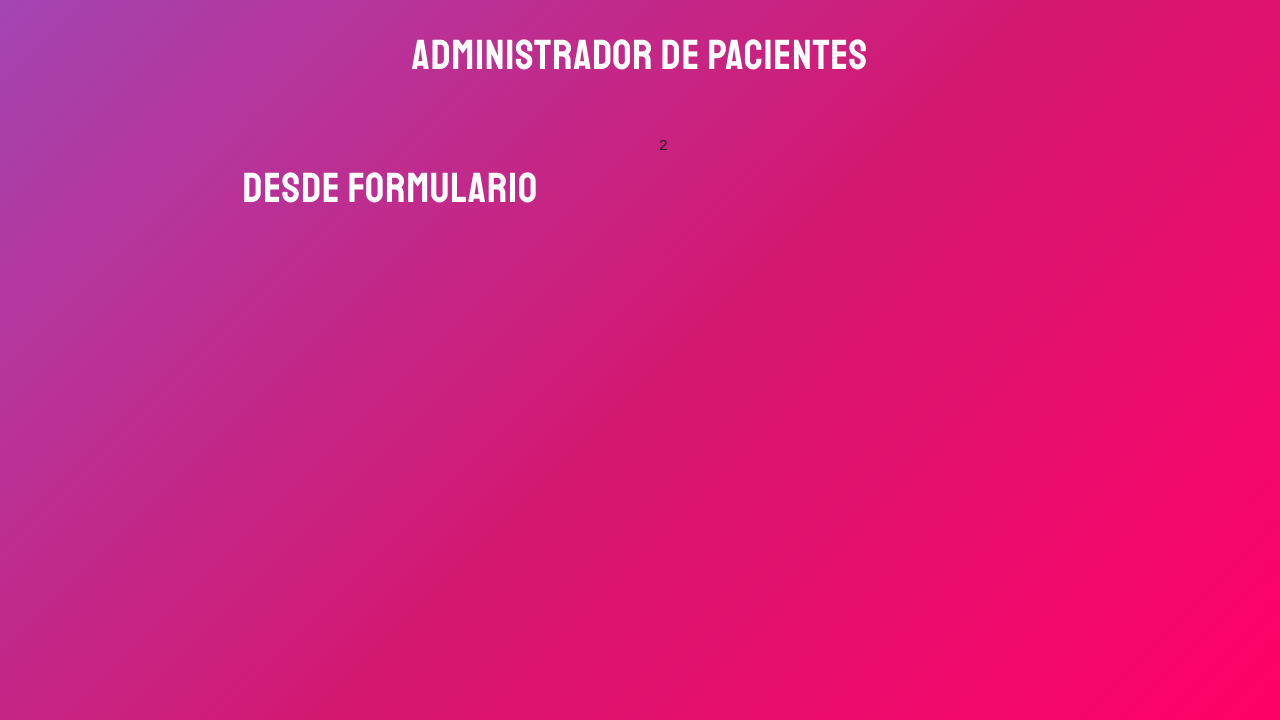
Repository: lmencos/pacientes
Page: /
These files come from the project's save history. The page is drawn as it stood at one moment and after the next save; the edit follows.
The browser window is 1280 px wide. The pictures show the whole page.
The project was rebuilt for these pictures with package versions that can differ from the ones it lists, and the page was loaded fresh each time.

Above is the page before, as saved 2020-08-10 17:42:38.

### src/index.css
html {
  min-height: 100%;
}
body {
  margin: 0;
  padding: 0;
  font-family: sans-serif;
  background-image: linear-gradient(-225deg, #A445B2 0%, #D41872 52%, #FF0066 100%);
  min-height: 100%;
  padding-bottom: 5rem;
}
h1, h2, h3, h4  {
  color: white;
  padding: 3rem 0;
  text-align: center;

  text-transform: uppercase;

  font-family: 'Staatliches', cursive;
  letter-spacing: 1px;
}
.lista-citas .media {
  border-bottom: 1px solid #e1e1e1;
  padding-bottom: 3rem;
}

.lista-citas .media:last-of-type{
  border-bottom: 0;
}
.lista-citas .media-body p {
  margin:0;
}
.lista-citas .media-body button {
  margin-top: 1rem!important;
}
.lista-citas .media-body span {
  font-weight: bold;
}

label {
  color: white;
}

input[type="date"],
input[type="time"] {
  height: 38px;
    padding: 6px 10px;
    background-color: #fff;
    border: 1px solid #D1D1D1;
    border-radius: 4px;
    box-shadow: none;
    box-sizing: border-box;
}

.cita {
  padding: 2rem;
  background: white;
  border-bottom: 1px solid #e1e1e1;
  color: black;
}

.cita p {
  font-weight: bold;
  margin-bottom: .8rem;
}
.cita p span {
  font-weight: normal;

}
.cita:first-of-type {
  border-top-left-radius: 1rem;
  border-top-right-radius: 1rem;
}
.cita:last-of-type {
  border-bottom-left-radius: 1rem;
  border-bottom-right-radius: 1rem;
}
.button.eliminar,
.button.eliminar:hover {
  background-color: #c10059;
  color: white;
  margin-top: 2rem;
}

.alerta-error {
  background-color: white;
  color: red;
  padding: 1rem;
  font-size: 2rem;
  text-transform: uppercase;
  text-align: center;
  font-family:  'Staatliches', cursive;
}

### src/App.js
import React, { Fragment } from 'react';
import Formulario from './components/Formulario';

function App() {
  return (
    <Fragment>
      <h2>Administrador de pacientes</h2>
      <div className="container">
        <div className="row">
          <div>
            <div className="one-half column">
              <Formulario

              />
            </div>
            <div className="one-half column">
              2
            </div>
          </div>
        </div>

      </div>
    </Fragment>
  );
}

export default App;

### src/components/Formulario.js
import React from 'react';

const Formulario = () => {
  return (
    <h2>Desde Formulario</h2>
   );
}

export default Formulario;

Loaded but not shown: public/index.html (common file); src/index.js (common file); src/serviceWorker.js (common file)

After the next save:
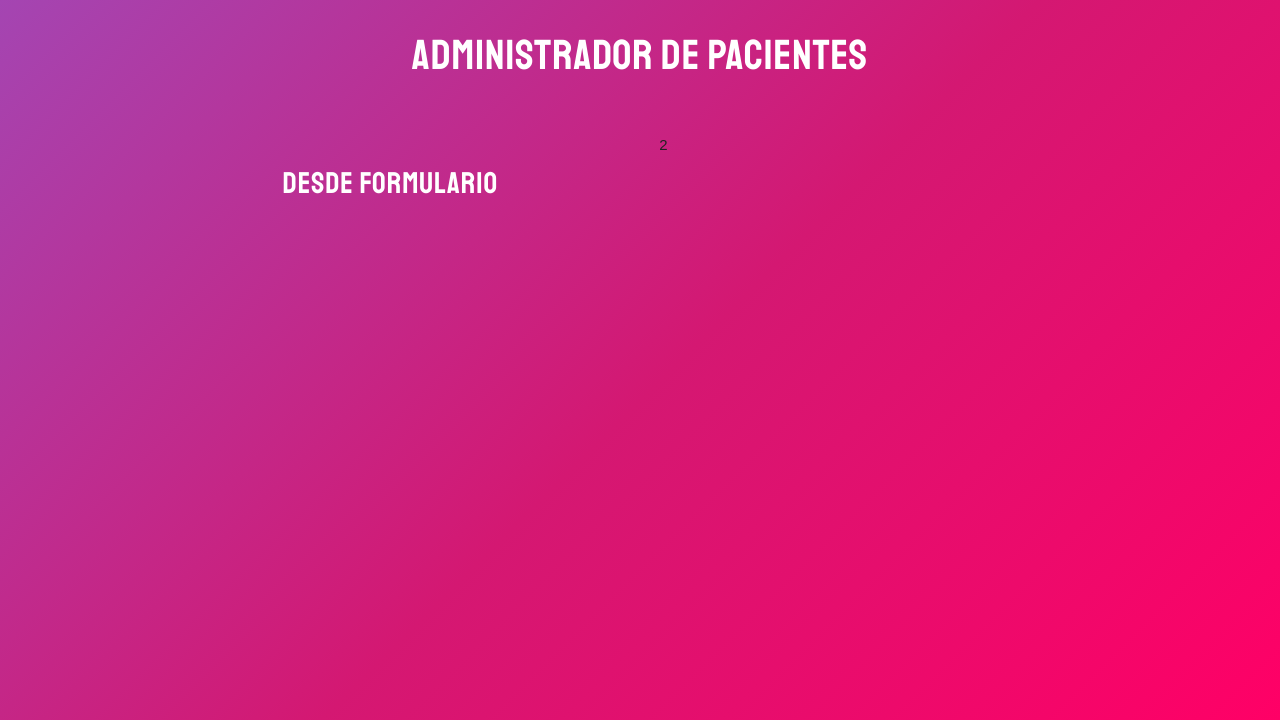
Saved 8 s later.
--- a/src/components/Formulario.js
+++ b/src/components/Formulario.js
@@ -2,7 +2,7 @@ import React from 'react';
 
 const Formulario = () => {
   return (
-    <h2>Desde Formulario</h2>
+    <h4>Desde Formulario</h4>
    );
 }
 
